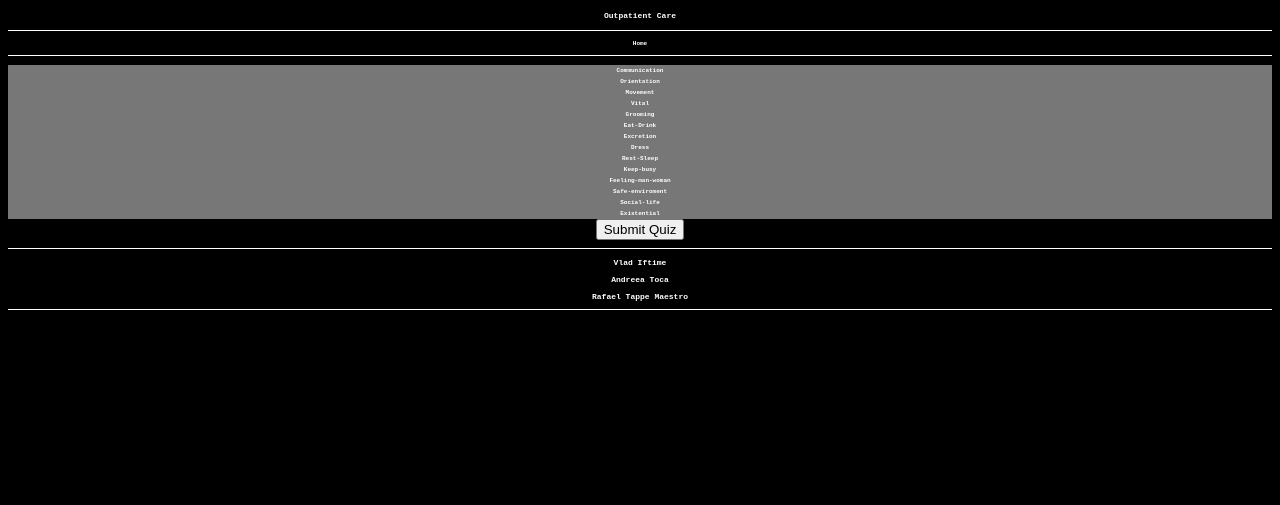
Repository: VladIftime/KnowledgeTechnology2019
Page: src/front/index.html
An editor plug-in stored every save of this project. The page is shown before and after a run of saves, followed by the edit.
The browser window is 1280 px wide. The pictures show the whole page.

Above is the page before, as saved 2020-01-11 20:17:56.

After the next 2 saves:
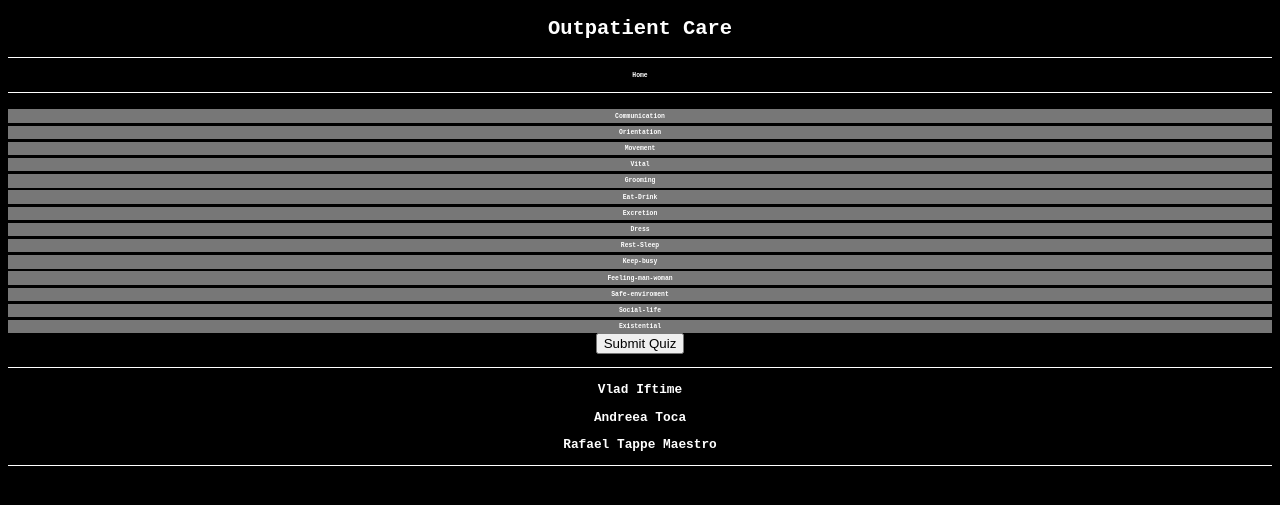
The 2 saves are shown as one change because they came seconds apart.
The last was saved 17 s later.
--- a/src/front/style.css
+++ b/src/front/style.css
@@ -9,11 +9,11 @@ html {
 
 @media screen and (min-width: 5cm) {
     .brokenLine {display: none;}
-    .oneLine {font-size: 50%; display: block}
+    .oneLine {font-size: 80%; display: block}
 }
 
 body {
-    font-size: 50%;
+    font-size: 80%;
     text-align: center;
 }
 
